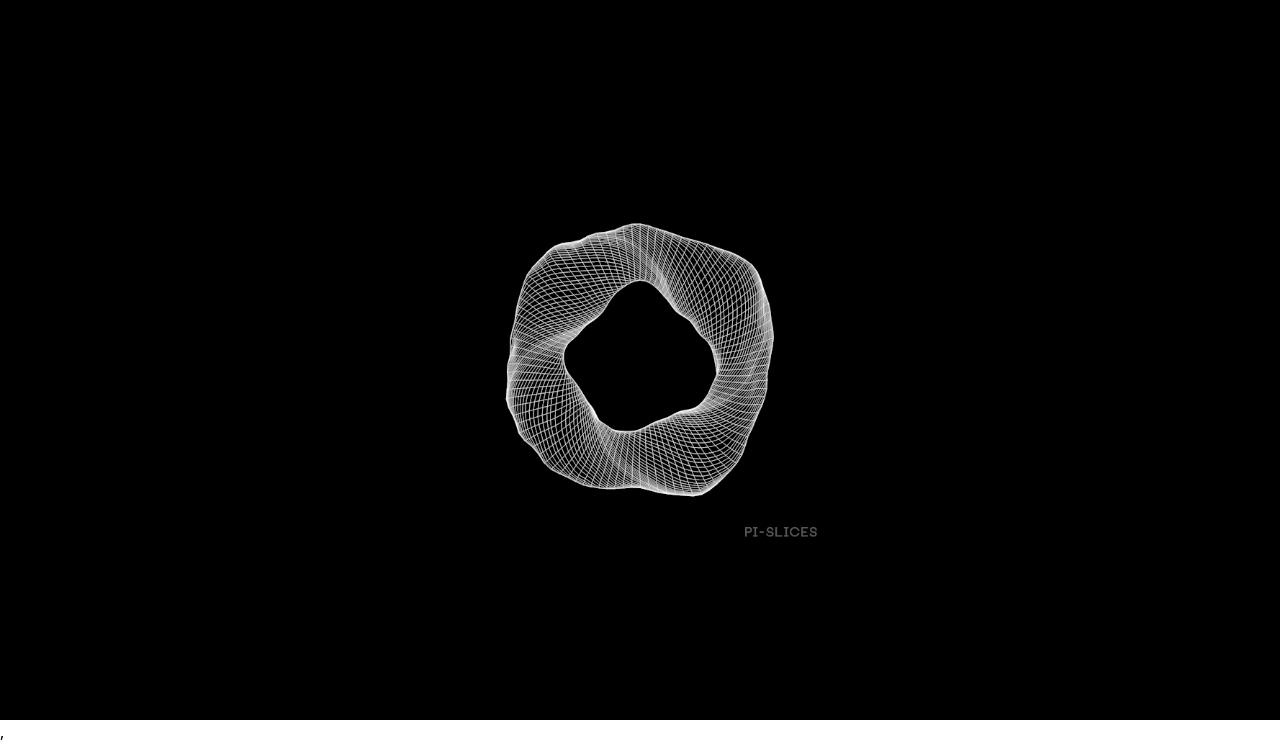
Repository: Csiddharth7906/MovieAppUpdatedVersion
Page: /person (app in MVXC-MovieWebApplication/)
An editor plug-in stored every save of this project. The page is shown before and after a run of saves, followed by the edit.
The browser window is 1280 px wide. The pictures show the whole page.
The page's requests for data from a server got no answer. Some web libraries are served in a nearby version. The project was rebuilt for these pictures with package versions that can differ from the ones it lists, and the page was loaded fresh each time. No one was signed in, and anything a server would have sent is missing. Also part of the build but not shown: MVXC-MovieWebApplication/vite.config.js, MVXC-MovieWebApplication/src/templates/Sidenav.jsx, MVXC-MovieWebApplication/src/templates/Topnav.jsx, MVXC-MovieWebApplication/src/templates/Header.jsx, MVXC-MovieWebApplication/src/templates/DropDown.jsx, MVXC-MovieWebApplication/src/templates/HorizontalCards.jsx, MVXC-MovieWebApplication/src/components/Home.jsx, MVXC-MovieWebApplication/src/templates/Cards.jsx and 4 more.

Above is the page before, as saved 2025-06-18 20:46:20.

After the next 2 saves:
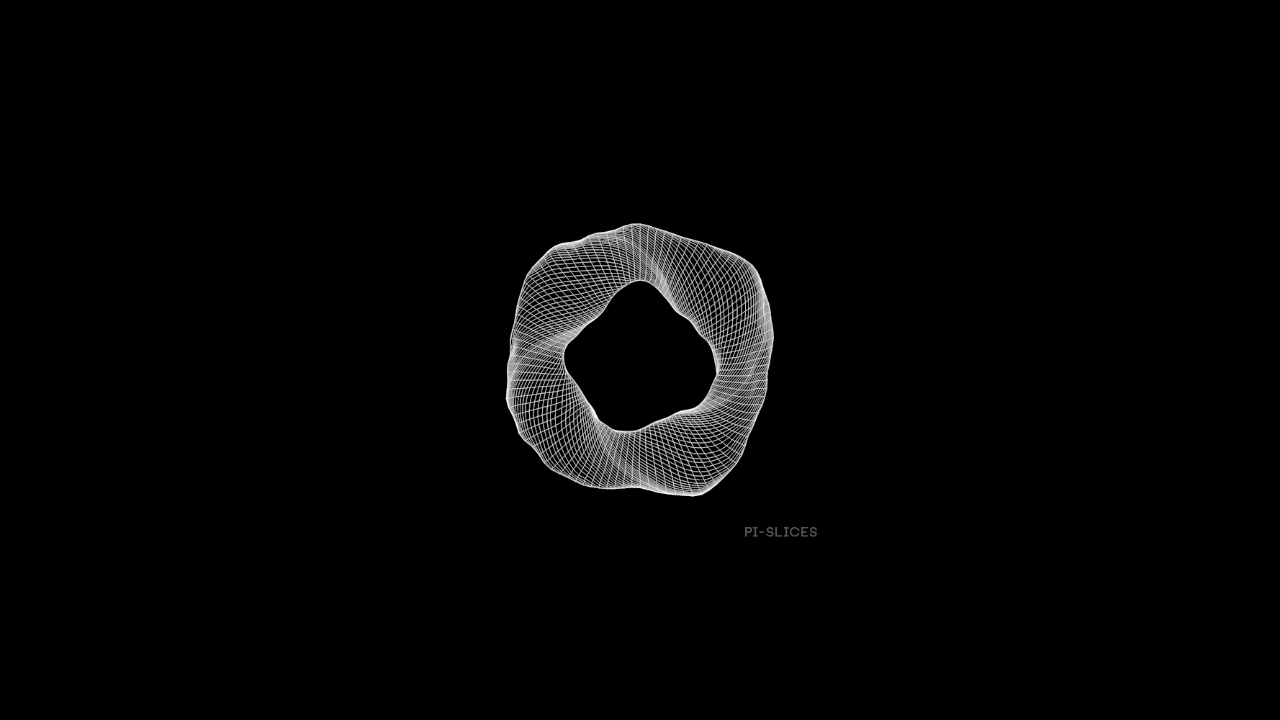
The 2 saves are shown as one change because 1 did not build or start.
The last was saved 3 min 42 s later.
--- a/MVXC-MovieWebApplication/src/main.jsx
+++ b/MVXC-MovieWebApplication/src/main.jsx
@@ -7,9 +7,9 @@
 import { store } from "./store/store.jsx";
 
 createRoot(document.getElementById("root")).render(
- <Provider store={store}>
+//  <Provider store={store}>
   <BrowserRouter>
     <App />
   </BrowserRouter>,
- </Provider>
+//  </Provider>
 );

After the save that followed:
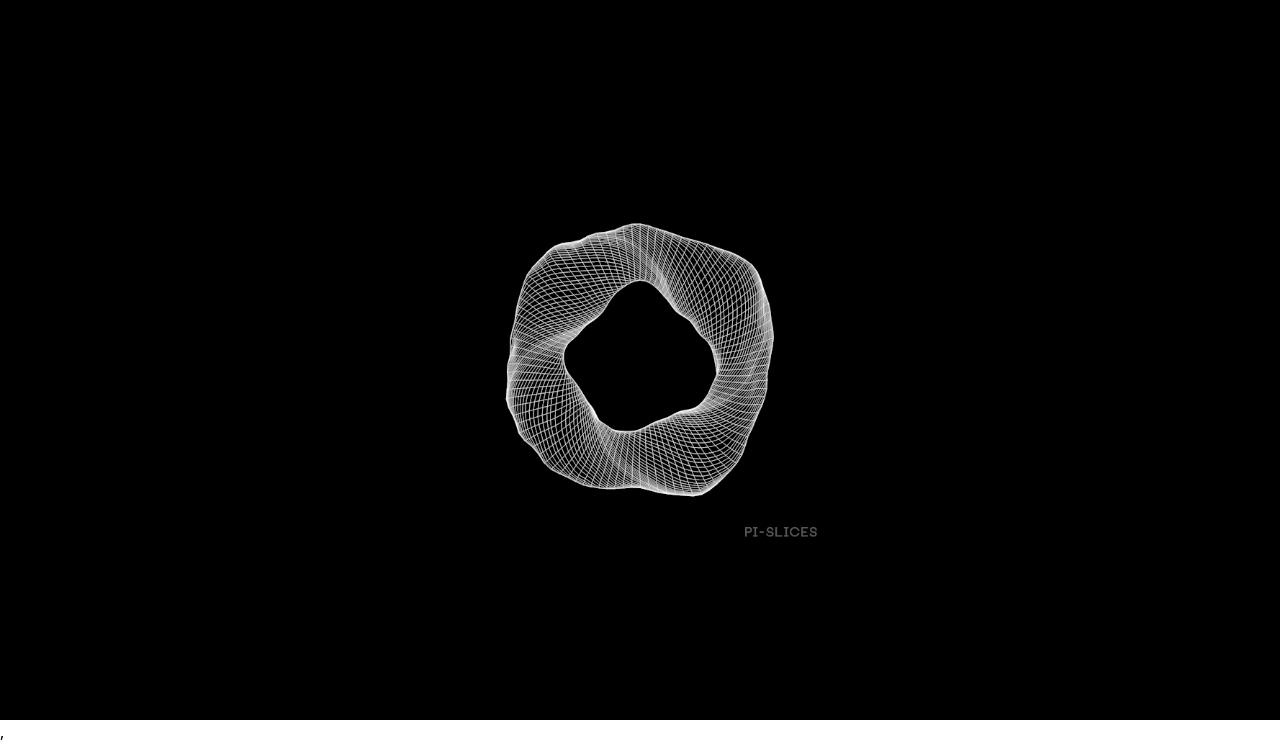
Saved 13 s later.
--- a/MVXC-MovieWebApplication/src/main.jsx
+++ b/MVXC-MovieWebApplication/src/main.jsx
@@ -7,9 +7,9 @@
 import { store } from "./store/store.jsx";
 
 createRoot(document.getElementById("root")).render(
-//  <Provider store={store}>
+ <Provider store={store}>
   <BrowserRouter>
     <App />
   </BrowserRouter>,
-//  </Provider>
+ </Provider>
 );
